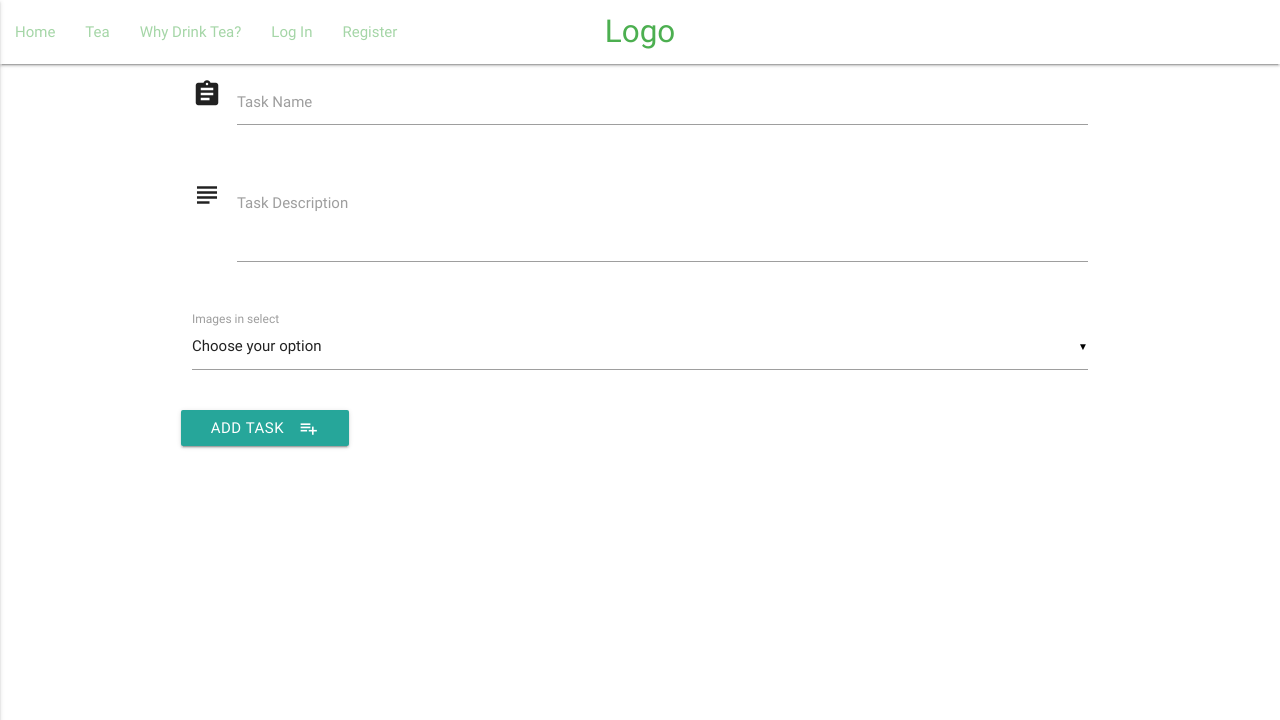
Repository: Cat-MacLellan/Time-For-Tea
Page: http://localhost/add_list
The author's editor kept a record of every edit. The page is drawn from the files as they stood at one moment, then again after the next edit.
The browser window is 1280 px wide. The pictures show the whole page.
Some web libraries are served in a nearby version. The page is served by the project's application, run on Flask 3 (app.py). Queries for data that is not in the repository find no rows.

Above is the page before.

### templates/add_list.html
{% extends 'base.html' %} {% block content %}
<div class="container">
    <form action="{{url_for('insert_list')}}" method="POST" class="col s12">
        <div class="row">
            <div class="input-field col s12">
                <i class="material-icons prefix">assignment</i>
                <input id="list_name" name="list_name" type="text">
                <label for="icon_prefix">Task Name</label>
            </div>
        </div>
        <div class="row">
            <div class="input-field col s12">
                <i class="material-icons prefix">subject</i>
                <textarea name="list_description" id="list_description" class="materialize-textarea"></textarea>
                <label for="icon_telephone">Task Description</label>
            </div>
        </div>
        <div class="row">
            <div class="input-field col s12">
                <select  name="tea_one" id="tea_name" class="icons">
                    <option value="" disabled selected>Choose your option</option>
                    {% for teatype in teatypes %}
                    <option value="{{ teatype.tea_name }}" data-icon="{{ teatype.tea_image }}">{{ teatype.tea_name }}</option>
                    {% endfor %}
                    </select>
                <label>Images in select</label>
            </div>
        </div>
        <div class="row">
            <button class="btn waves-effect waves-light" type="submit">Add Task
                <i class="material-icons right">playlist_add</i>
             </button>
        </div>
    </form>
</div>



{% endblock %}

### templates/base.html
<!DOCTYPE html>
<html lang="en">

<head>
    <meta charset="UTF-8">
    <meta name="viewport" content="width=device-width, initial-scale=1.0">
    <meta http-equiv="X-UA-Compatible" content="ie=edge">
    <link href="https://fonts.googleapis.com/icon?family=Material+Icons" rel="stylesheet">
    <link rel="stylesheet" href="https://cdnjs.cloudflare.com/ajax/libs/materialize/0.100.2/css/materialize.min.css">
    <link rel="stylesheet" href="{{url_for('static', filename='css/style.css')}}" type="text/css" />
    <title>Time For Tea</title>
</head>

<body>
    <nav>
        <div class="nav-wrapper">
            <a href="#!" class="brand-logo center green-text">Logo</a>
            <a href="#" data-activates="mobile-demo" class="button-collapse"><i class="material-icons">menu</i></a>
            <ul id="nav-mobile" class="left hide-on-med-and-down">
                <li><a href="">Home</a></li>
                <li><a href="">Tea</a></li>
                <li><a href="">Why Drink Tea?</a></li>
                {% if session.username %}
                <li><a href="{{ url_for('show_lists') }}">My Lists</a></li>
                <li><a href="{{ url_for('logout') }}">Log Out</a></li>
                {% else %}
                <li><a href="{{ url_for('login') }}">Log In</a></li>
                <li><a href="{{ url_for('register') }}">Register</a></li>
                {% endif %}
            </ul>
            <ul class="side-nav" id="mobile-demo">
                <li><a href="">Home</a></li>
                <li><a href="">Tea</a></li>
                <li><a href="">Why Drink Tea?</a></li>
                {% if session.username %}
                <li><a href="#">My Lists</a></li>
                <li><a href="#">Log Out</a></li>
                {% else %}
                <li><a href="#">Log In</a></li>
                <li><a href="#">Register</a></li>
                {% endif %}
            </ul>
        </div>
    </nav>


    {% block content %} {% endblock %}

    <script src="https://cdnjs.cloudflare.com/ajax/libs/jquery/3.2.1/jquery.min.js"></script>
    <script src="https://cdnjs.cloudflare.com/ajax/libs/materialize/0.100.2/js/materialize.min.js"></script>
    <script type="text/javascript">
        $(document).ready(function() {
            $(".button-collapse").sideNav();
            $('.modal').modal();
            $('select').material_select();
        });
    </script>
</body>

</html>

### app.py
import os
from flask import Flask, render_template, redirect, request, url_for, session
from flask_pymongo import PyMongo
from bson.objectid import ObjectId
import bcrypt

app = Flask(__name__)

app.config["MONGO_DBNAME"] = 'tea'
app.config["MONGO_URI"] = 'mongodb+srv://cat:catUser@myfirstcluster-lypt3.mongodb.net/tea?retryWrites=true&w=majority'

mongo = PyMongo(app)
app.secret_key = os.urandom(24)

@app.route('/')
@app.route('/get_category')
def get_category():
    return render_template("home.html", category=mongo.db.category.find())


@app.route('/register', methods=['POST', 'GET'])
def register():

    if request.method == 'POST':
        users = mongo.db.users
        existing_user = users.find_one({'username' : request.form['username']})

        if existing_user is None:
            pw_hash = bcrypt.hashpw(request.form['password'].encode('utf-8'), bcrypt.gensalt())

            db_password = pw_hash.decode("utf-8")

            users.insert({'username' : request.form['username'], 'password' : db_password})

            session['username'] = request.form['username']
            return redirect(url_for('login'))

    return render_template('register.html')

@app.route('/login', methods=['POST', 'GET'])
def login():

    if request.method == 'POST':
        users = mongo.db.users
        login_user = users.find_one({'username' : request.form['username']})

        if login_user:
            if bcrypt.hashpw(request.form['password'].encode('utf-8'), login_user['password'].encode('utf-8')) == login_user['password'].encode('utf-8'):
                session['username'] = request.form['username']
                return redirect(url_for('get_category'))


    return render_template('login.html')


@app.route("/logout")
def logout():
    session.clear()
    return redirect(url_for('get_category'))

@app.route('/get_tea/<category_name>', methods=['GET', 'POST'])
def get_tea(category_name):
    get_tea = mongo.db.teatype.find({'category_name': category_name})
    return render_template('tea_types.html', teatypes=get_tea, category=mongo.db.category.find({'category_name': category_name}))


@app.route('/get_tea_specific/<tea_name>', methods=['GET', 'POST'])
def get_tea_specific(tea_name):
    tea_specific = mongo.db.teatype.find({'tea_name': tea_name})
    return render_template('tea_specific.html', teatypes=tea_specific)

@app.route('/show_lists')
def show_lists():
    return render_template('lists.html', lists=mongo.db.lists.find(), teatype = mongo.db.teatype.find())

@app.route('/add_list')
def add_list():
    return render_template('add_list.html', teatypes = mongo.db.teatype.find())

@app.route('/insert_list', methods=['POST'])
def insert_list():
    lists =  mongo.db.lists
    lists.insert_one(request.form.to_dict())
    return redirect(url_for("show_lists"))

#@edit_list
#@delete list
#@delete tea from list
#@addnew tea to list (in edit? )


if __name__ == '__main__':
    app.run(host=os.environ.get('IP'),
            port=int(os.environ.get('PORT')),
            debug=True)

### static/css/style.css
nav {
    background-color: #ffffff;

}

nav ul a {
     color: #a5d6a7;
}

.button-collapse {
    color: #a5d6a7;
}

.masthead {
    height: 100vh;
    min-height: 300px;
    background: url(../images/masthead-placeholder.jpg);
    background-size: cover;
    background-position: center;
    background-repeat: no-repeat;
    background-attachment: fixed;
    color: #ffffff;
    text-shadow: 2px 2px #383737;
}

.card {
    width: 250px;
}

After the next edit:
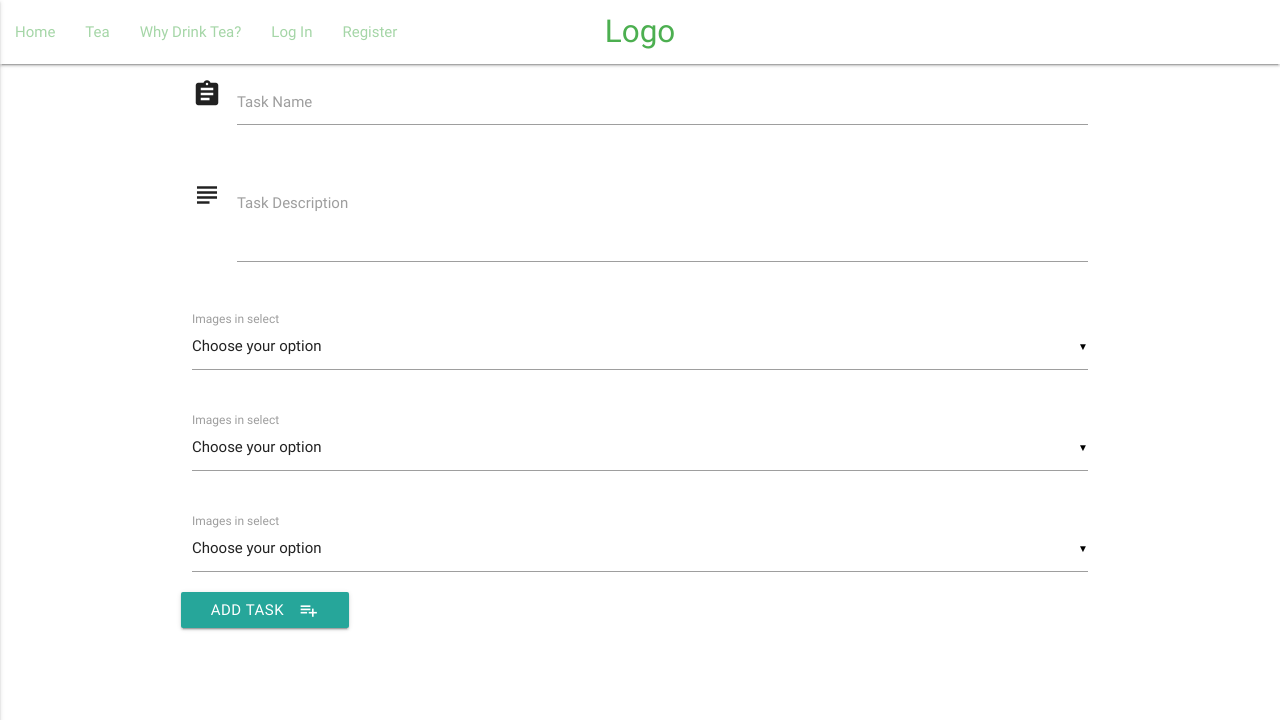
The edit:
--- a/templates/add_list.html
+++ b/templates/add_list.html
@@ -26,6 +26,27 @@
                 <label>Images in select</label>
             </div>
         </div>
+         <div class="row">
+            <div class="input-field col s12">
+                <select  name="tea_one" id="tea_name" class="icons">
+                    <option value="" disabled selected>Choose your option</option>
+                    {% for teatype in teatypes %}
+                    <option value="{{ teatype.tea_name }}" data-icon="{{ teatype.tea_image }}">{{ teatype.tea_name }}</option>
+                    {% endfor %}
+                    </select>
+                <label>Images in select</label>
+            </div>
+        </div>
+         <div class="row">
+            <div class="input-field col s12">
+                <select  name="tea_one" id="tea_name" class="icons">
+                    <option value="" disabled selected>Choose your option</option>
+                    {% for teatype in teatypes %}
+                    <option value="{{ teatype.tea_name }}" data-icon="{{ teatype.tea_image }}">{{ teatype.tea_name }}</option>
+                    {% endfor %}
+                    </select>
+                <label>Images in select</label>
+
         <div class="row">
             <button class="btn waves-effect waves-light" type="submit">Add Task
                 <i class="material-icons right">playlist_add</i>

After the edit that followed:
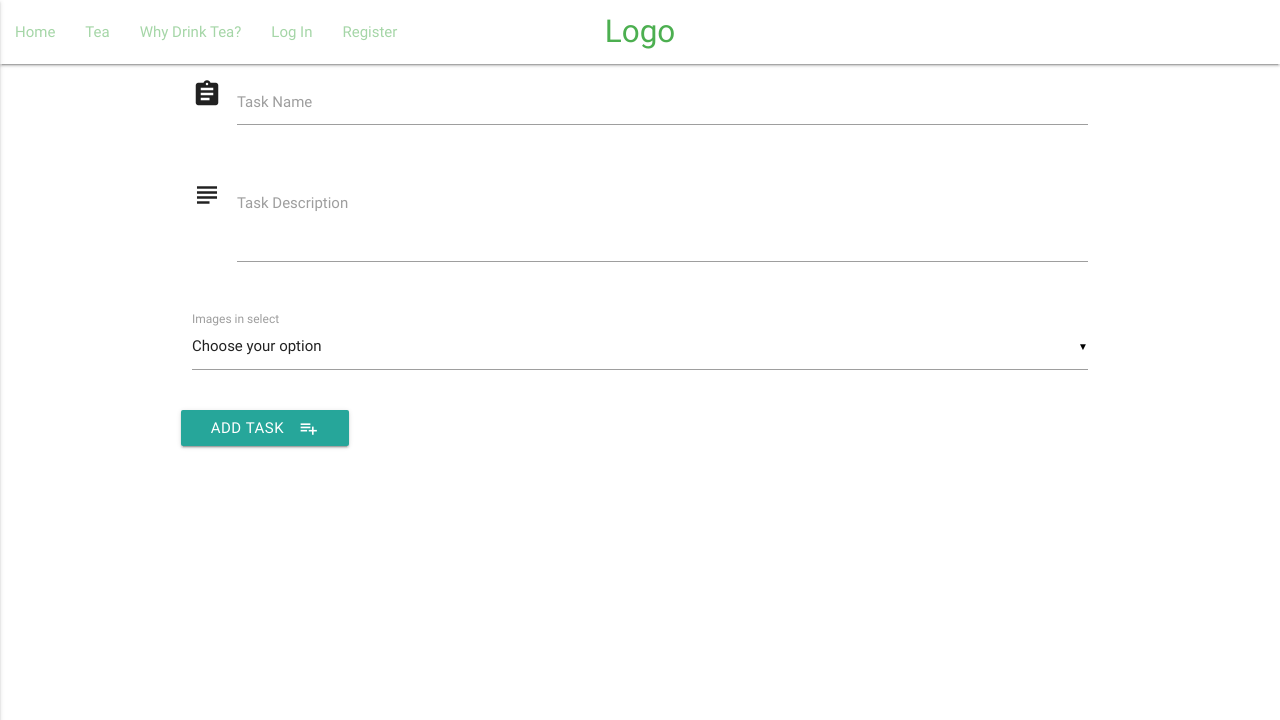
The edit:
--- a/templates/add_list.html
+++ b/templates/add_list.html
@@ -26,27 +26,6 @@
                 <label>Images in select</label>
             </div>
         </div>
-         <div class="row">
-            <div class="input-field col s12">
-                <select  name="tea_one" id="tea_name" class="icons">
-                    <option value="" disabled selected>Choose your option</option>
-                    {% for teatype in teatypes %}
-                    <option value="{{ teatype.tea_name }}" data-icon="{{ teatype.tea_image }}">{{ teatype.tea_name }}</option>
-                    {% endfor %}
-                    </select>
-                <label>Images in select</label>
-            </div>
-        </div>
-         <div class="row">
-            <div class="input-field col s12">
-                <select  name="tea_one" id="tea_name" class="icons">
-                    <option value="" disabled selected>Choose your option</option>
-                    {% for teatype in teatypes %}
-                    <option value="{{ teatype.tea_name }}" data-icon="{{ teatype.tea_image }}">{{ teatype.tea_name }}</option>
-                    {% endfor %}
-                    </select>
-                <label>Images in select</label>
-
         <div class="row">
             <button class="btn waves-effect waves-light" type="submit">Add Task
                 <i class="material-icons right">playlist_add</i>
